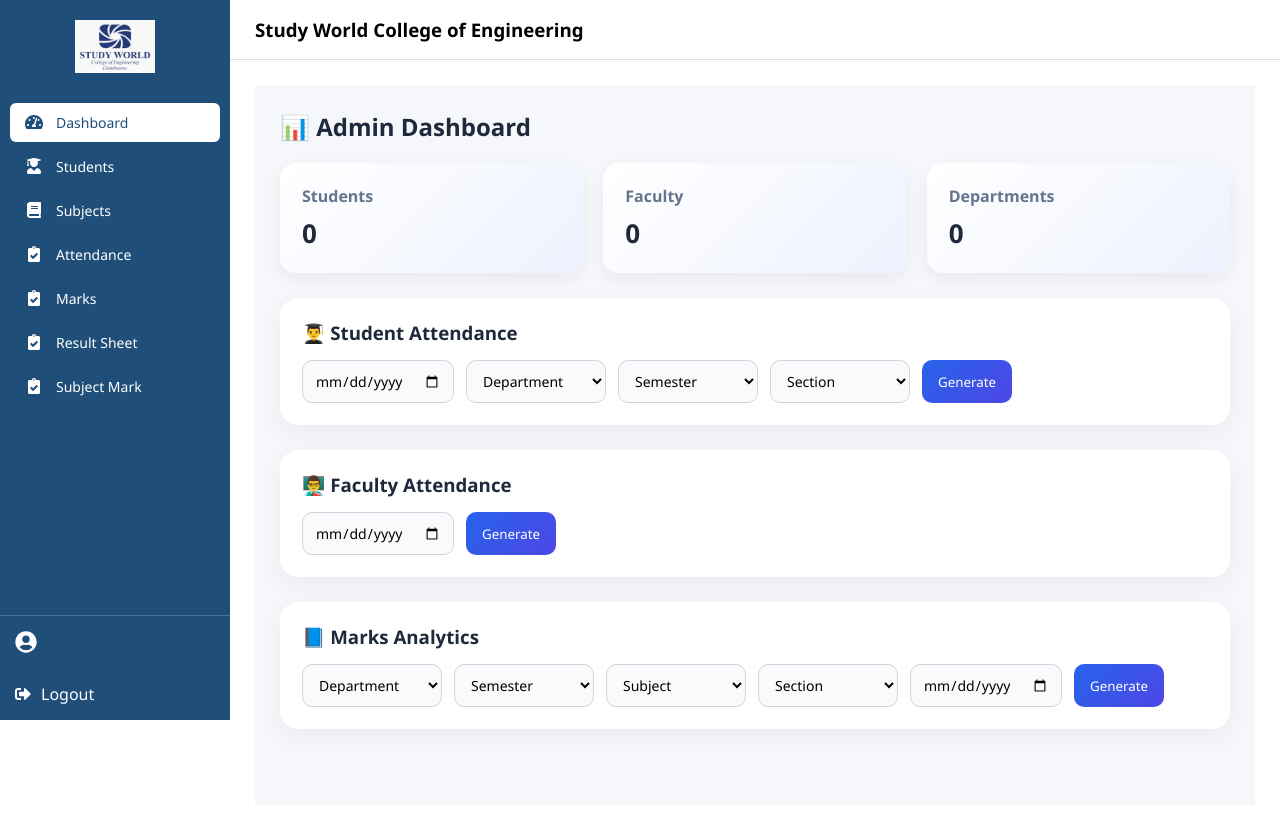
Repository: arthanarieswara/frontend
Page: /dashboard
An editor plug-in stored every save of this project. The page is shown before and after the next save, followed by the edit.
The browser window is 1280 px wide. The pictures show the whole page.
The page's requests for data from a server got no answer. The project was rebuilt for these pictures with package versions that can differ from the ones it lists, and the page was loaded fresh each time. No one was signed in, and anything a server would have sent is missing. Also part of the build but not shown: vite.config.js, src/pages/auth/Login.jsx, src/pages/departments/Departments.css, src/pages/departments/Departments.jsx, src/pages/students/Students.css, src/pages/students/Students.jsx, src/pages/faculty/Faculty.css, src/pages/faculty/Faculty.jsx and 15 more.

Above is the page before, as saved 2026-04-17 15:42:49.

After the next save:
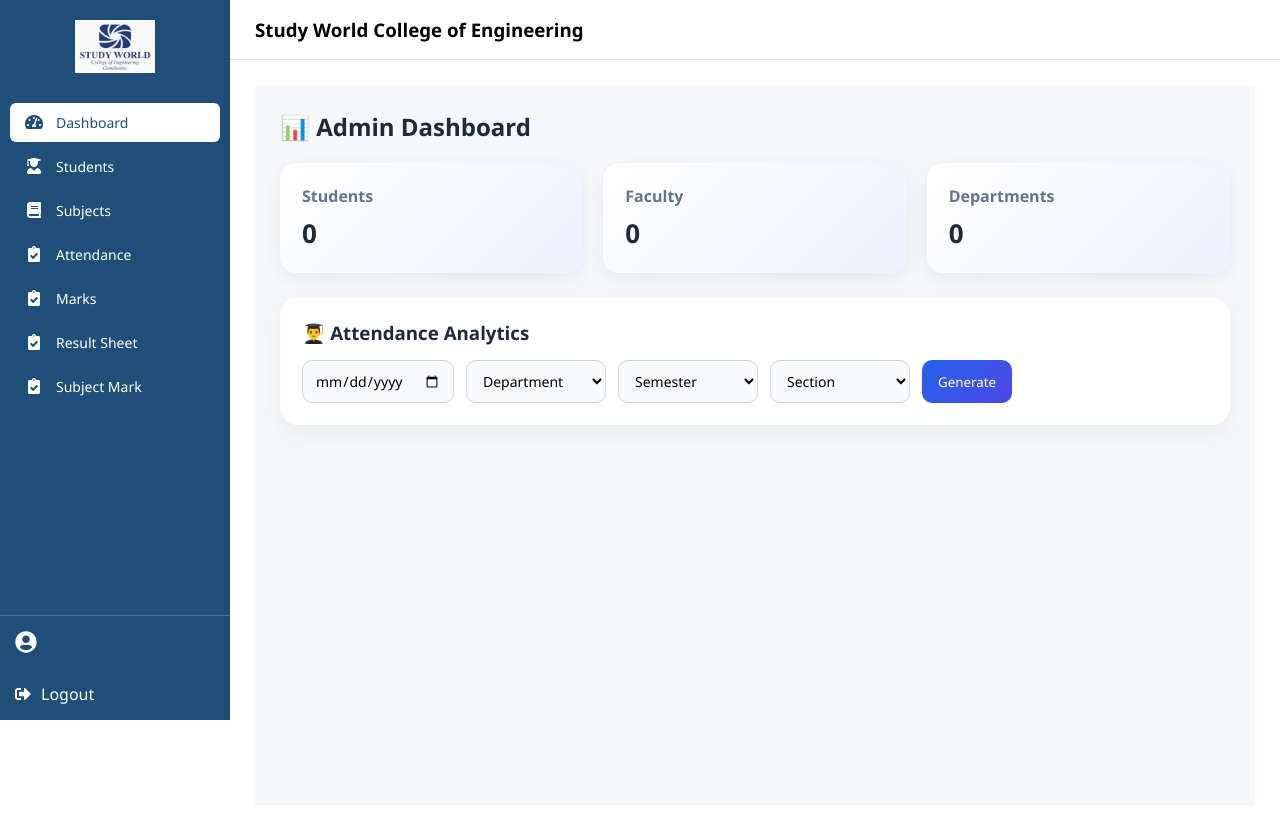
Saved 17 min 11 s later.
--- a/src/pages/dashboard/Dashboard.jsx
+++ b/src/pages/dashboard/Dashboard.jsx
@@ -10,7 +10,7 @@ function Dashboard() {
   const [departments, setDepartments] = useState([]);
   const [subjects, setSubjects] = useState([]);
 
-  /* ================= STUDENT ================= */
+  /* ================= ATTENDANCE ================= */
   const [sDate, setSDate] = useState("");
   const [sDepartment, setSDepartment] = useState("");
   const [sSemester, setSSemester] = useState("");
@@ -63,7 +63,7 @@ function Dashboard() {
     setSubjects(res.data);
   };
 
-  /* ================= STUDENT REPORT ================= */
+  /* ================= ATTENDANCE REPORT ================= */
   const getStudentReport = async () => {
     if (!sDate) return alert("Select date");
 
@@ -73,7 +73,7 @@ function Dashboard() {
     if (sSection) url += `&section=${sSection}`;
 
     const res = await api.get(url);
-    setStudentSummary(res.data.data);
+    setStudentSummary(res.data);
   };
 
   /* ================= FACULTY REPORT ================= */
@@ -124,9 +124,9 @@ function Dashboard() {
           <div className="stat-card"><h4>Departments</h4><p>{data.departments}</p></div>
         </div>
 
-        {/* ================= STUDENT ================= */}
+        {/* ================= ATTENDANCE ================= */}
         <div className="section-card">
-          <h3>👨‍🎓 Student Attendance</h3>
+          <h3>👨‍🎓 Attendance Analytics</h3>
 
           <div className="filter-group">
             <input type="date" value={sDate} onChange={(e) => setSDate(e.target.value)} />
@@ -147,86 +147,83 @@ function Dashboard() {
               <option value="B">B</option>
             </select>
 
-            <button className="primary-btn" onClick={getStudentReport}>Generate</button>
+            <button className="primary-btn" onClick={getStudentReport}>
+              Generate
+            </button>
           </div>
 
-          {studentSummary && (
+          {studentSummary?.overall && (
             <div className="report-grid">
-              <div className="report-card present"><h4>Present</h4><p>{studentSummary.present_count}</p></div>
-              <div className="report-card absent"><h4>Absent</h4><p>{studentSummary.absent_count}</p></div>
-              <div className="report-card total"><h4>Total</h4><p>{studentSummary.total_students}</p></div>
+              <div className="report-card present">
+                <h4>Present</h4>
+                <p>{studentSummary.overall.present_count}</p>
+              </div>
+              <div className="report-card absent">
+                <h4>Absent</h4>
+                <p>{studentSummary.overall.absent_count}</p>
+              </div>
+              <div className="report-card total">
+                <h4>Total</h4>
+                <p>{studentSummary.overall.total_students}</p>
+              </div>
             </div>
           )}
-        </div>
-
-        {/* ================= FACULTY ================= */}
-        <div className="section-card">
-          <h3>👨‍🏫 Faculty Attendance</h3>
-
-          <div className="filter-group">
-            <input type="date" value={fDate} onChange={(e) => setFDate(e.target.value)} />
-            <button className="primary-btn" onClick={getFacultyReport}>Generate</button>
-          </div>
-
-          {facultySummary.length > 0 && (
-            <div className="report-grid">
-              {facultySummary.map((f, i) => (
-                <div key={i} className="report-card">
-                  <h4>{f.status}</h4>
-                  <p>{f.count}</p>
-                </div>
-              ))}
-              <div className="report-card total"><h4>Total</h4><p>{facultyTotal}</p></div>
+
+          {/* CLASS WISE */}
+          {studentSummary?.classWise?.length > 0 && (
+            <div className="table-card">
+              <h4>📘 Class-wise</h4>
+              <table className="custom-table">
+                <thead>
+                  <tr>
+                    <th>Semester</th>
+                    <th>Section</th>
+                    <th>Present</th>
+                    <th>Absent</th>
+                    <th>Total</th>
+                  </tr>
+                </thead>
+                <tbody>
+                  {studentSummary.classWise.map((c, i) => (
+                    <tr key={i}>
+                      <td>Sem {c.semester}</td>
+                      <td>{c.section}</td>
+                      <td className="text-success">{c.present_count}</td>
+                      <td className="text-danger">{c.absent_count}</td>
+                      <td>{c.total}</td>
+                    </tr>
+                  ))}
+                </tbody>
+              </table>
             </div>
           )}
-        </div>
-
-        {/* ================= MARKS ================= */}
-        <div className="section-card">
-          <h3>📘 Marks Analytics</h3>
-
-          <div className="filter-group">
-
-            <select value={mDepartment} onChange={(e) => setMDepartment(e.target.value)}>
-              <option value="">Department</option>
-              {departments.map(d => <option key={d.id} value={d.id}>{d.name}</option>)}
-            </select>
-
-            <select value={mSemester} onChange={(e) => setMSemester(e.target.value)}>
-              <option value="">Semester</option>
-              {[1,2,3,4,5,6,7,8].map(s => <option key={s} value={s}>Sem {s}</option>)}
-            </select>
-
-            <select value={mSubject} onChange={(e) => setMSubject(e.target.value)}>
-              <option value="">Subject</option>
-              {subjects.map(s => (
-                <option key={s.id} value={s.id}>{s.code} - {s.name}</option>
-              ))}
-            </select>
-
-            <select value={mSection} onChange={(e) => setMSection(e.target.value)}>
-              <option value="">Section</option>
-              <option value="A">A</option>
-              <option value="B">B</option>
-            </select>
-
-            <input type="date" value={mDate} onChange={(e) => setMDate(e.target.value)} />
-
-            <button className="primary-btn" onClick={getMarksReport}>Generate</button>
-          </div>
-
-          {marksSummary && (
-            <div className="marks-grid">
-              <div className="card stat"><h4>Average</h4><p>{marksSummary.average}</p></div>
-              <div className="card stat"><h4>Highest</h4><p>{marksSummary.highest}</p></div>
-              <div className="card stat"><h4>Lowest</h4><p>{marksSummary.lowest}</p></div>
-              <div className="card total"><h4>Total</h4><p>{marksSummary.total}</p></div>
-              <div className="card pass"><h4>Pass</h4><p>{marksSummary.pass}</p></div>
-              <div className="card fail"><h4>Fail</h4><p>{marksSummary.fail}</p></div>
-              <div className="card absent"><h4>Absent</h4><p>{marksSummary.absent}</p></div>
+
+          {/* DEPARTMENT WISE */}
+          {studentSummary?.departmentWise?.length > 0 && (
+            <div className="table-card">
+              <h4>🏫 Department-wise</h4>
+              <table className="custom-table">
+                <thead>
+                  <tr>
+                    <th>Department</th>
+                    <th>Present</th>
+                    <th>Absent</th>
+                    <th>Total</th>
+                  </tr>
+                </thead>
+                <tbody>
+                  {studentSummary.departmentWise.map((d, i) => (
+                    <tr key={i}>
+                      <td>{d.department_name}</td>
+                      <td className="text-success">{d.present_count}</td>
+                      <td className="text-danger">{d.absent_count}</td>
+                      <td>{d.total}</td>
+                    </tr>
+                  ))}
+                </tbody>
+              </table>
             </div>
           )}
-
         </div>
 
       </div>
